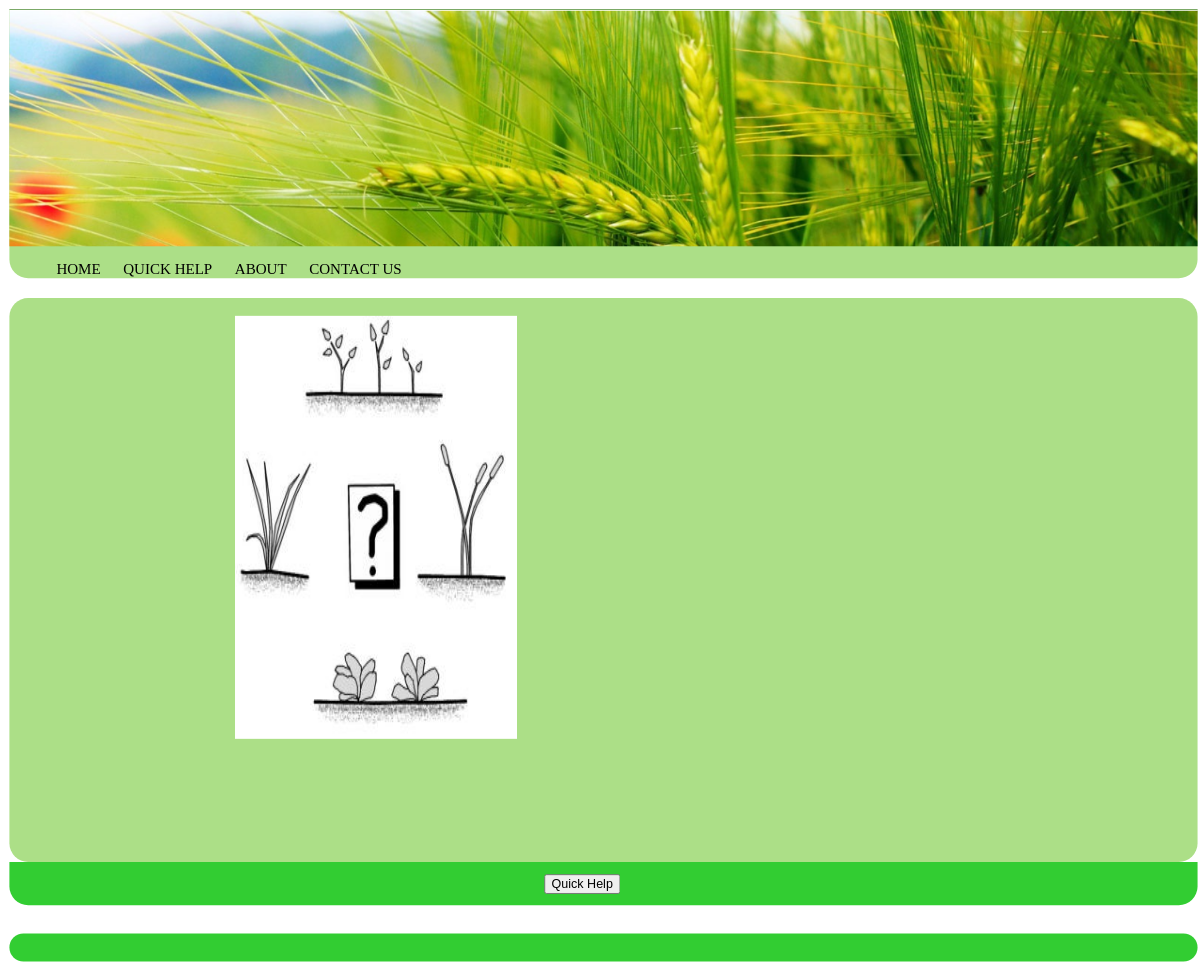
Repository: shivamtyagi1234/FarmoFriend
Page: http://localhost/FarmoFriend/
These files come from the project's save history. The page is drawn as it stood at one moment and after the next save; the edit follows.
The browser window is 1280 px wide. The pictures show the whole page, at 94% of full size.
The page is served by Tomcat 9.

Above is the page before, as saved 2019-11-03 06:59:32.

After the next save:
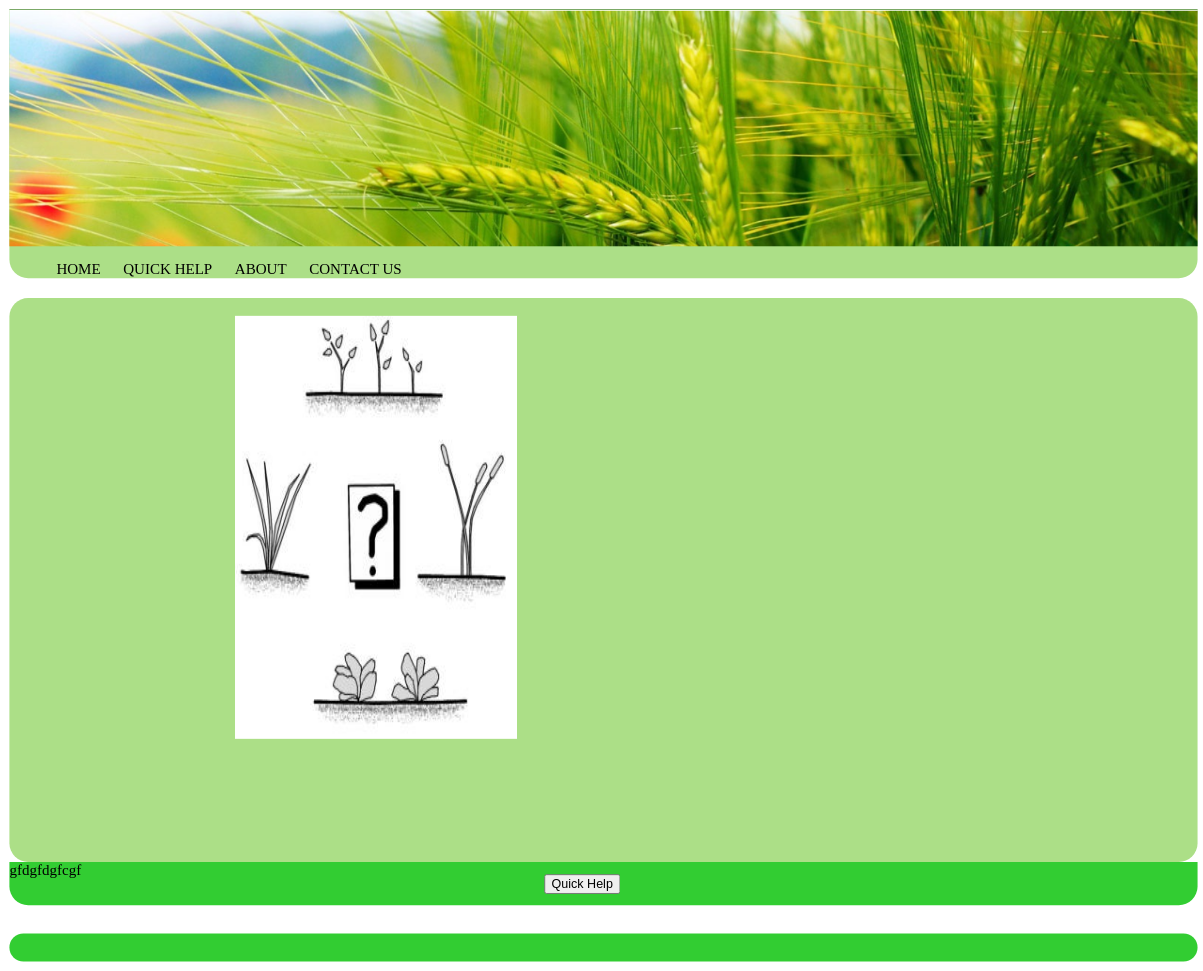
Saved 54 s later.
--- a/FarmoFriend/WebContent/home.jsp
+++ b/FarmoFriend/WebContent/home.jsp
@@ -72,7 +72,7 @@
 <div id="homeBody">
 <div id="homeImage">
 <img alt="home1" src="images\crop selection.jpg" ></div>
-
+<div id="homeContent">gfdgfdgfcgf</div>
 <br>
 </div>
 <div id="vote">
